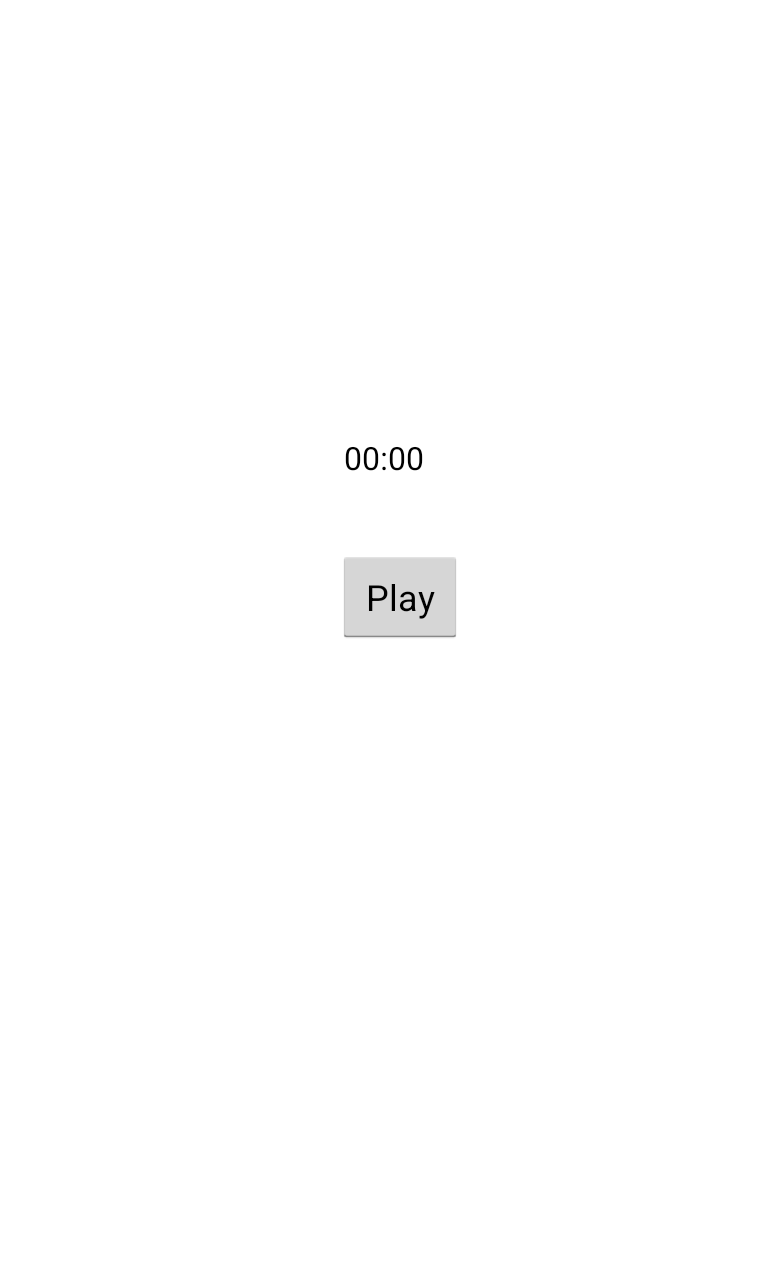
Repository: ragnarstolsmark/chartitles
Layout: workspace/Game of Thrones/GameOfThronesHelper/res/layout/activity_player.xml
An editor plug-in stored every save of this project. The layout is shown before and after the next save, followed by the edit.
It is drawn on a 768 x 1280 px phone screen (xhdpi) without system bars, with theme AppTheme; the app's code is not run.

Above is the layout before, as saved 2012-12-04 21:42:07.

After the next save:
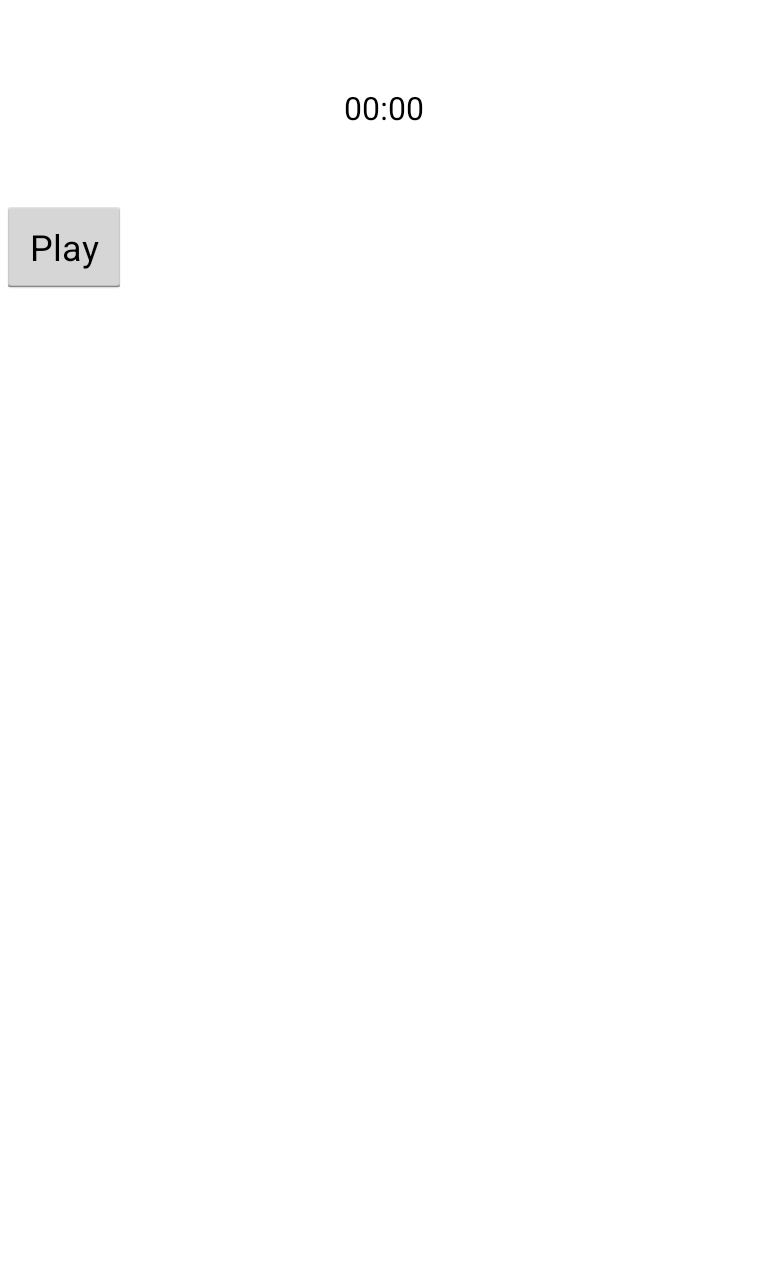
Saved 2 min 23 s later.
--- a/workspace/Game of Thrones/GameOfThronesHelper/res/layout/activity_player.xml
+++ b/workspace/Game of Thrones/GameOfThronesHelper/res/layout/activity_player.xml
@@ -5,30 +5,30 @@
     tools:context=".Player" >
 
     <ImageView
-        android:id="@+id/imageButton1"
+        android:id="@+id/imageView1"
         android:layout_width="wrap_content"
         android:layout_height="wrap_content"
-        android:layout_alignLeft="@+id/imageButton2"
+        android:layout_alignLeft="@+id/imageView2"
         android:layout_alignParentTop="true"
         android:visibility="invisible"
         android:src="@drawable/ic_launcher" />
 
     <ImageView
-        android:id="@+id/imageButton3"
+        android:id="@+id/imageView3"
         android:layout_width="wrap_content"
         android:layout_height="wrap_content"
-        android:layout_below="@+id/imageButton2"
+        android:layout_below="@+id/imageView2"
         android:layout_centerHorizontal="true"
         android:layout_marginTop="16dp"
         android:visibility="invisible"
         android:src="@drawable/ic_launcher" />
 
     <ImageView
-        android:id="@+id/imageButton2"
+        android:id="@+id/imageView2"
         android:layout_width="wrap_content"
         android:layout_height="wrap_content"
-        android:layout_alignLeft="@+id/imageButton3"
-        android:layout_below="@+id/imageButton1"
+        android:layout_alignLeft="@+id/imageView3"
+        android:layout_below="@+id/imageView1"
         android:layout_marginTop="15dp"
         android:visibility="invisible"
         android:src="@drawable/ic_launcher" />

After the save that followed:
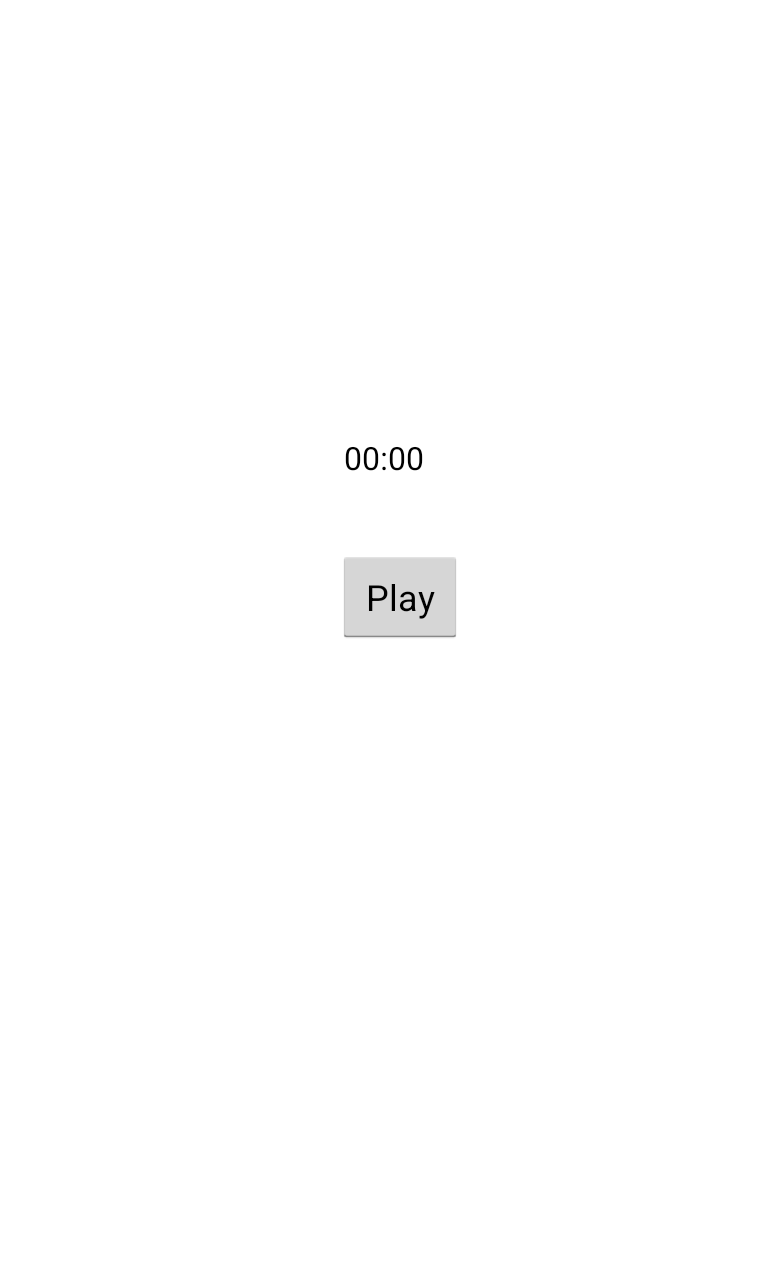
Saved 109 s later.
--- a/workspace/Game of Thrones/GameOfThronesHelper/res/layout/activity_player.xml
+++ b/workspace/Game of Thrones/GameOfThronesHelper/res/layout/activity_player.xml
@@ -37,7 +37,7 @@
         android:id="@+id/chronometer1"
         android:layout_width="wrap_content"
         android:layout_height="wrap_content"
-        android:layout_below="@+id/imageButton3"
+        android:layout_below="@+id/imageView3"
         android:layout_centerHorizontal="true"
         android:layout_marginTop="43dp"
         android:text="Chronometer" />
@@ -46,7 +46,7 @@
         android:id="@+id/playButton"
         android:layout_width="wrap_content"
         android:layout_height="wrap_content"
-        android:layout_alignLeft="@+id/imageButton3"
+        android:layout_alignLeft="@+id/imageView3"
         android:layout_below="@+id/chronometer1"
         android:layout_marginTop="35dp"
         android:onClick="startTimer"
